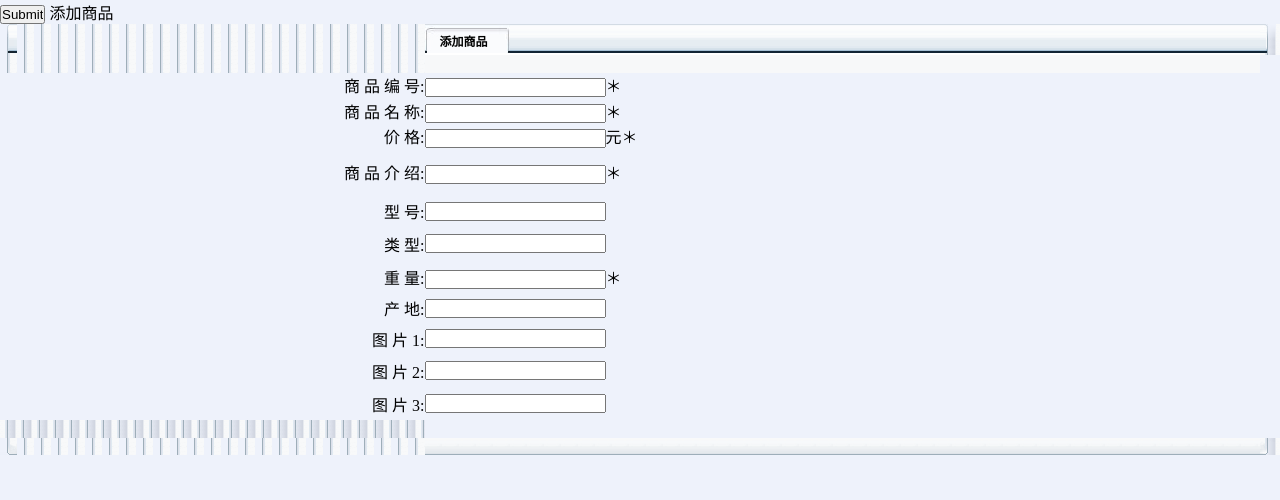
Repository: wzhcxw/shop
Page: ShopOnline/WebContent/admin/addsku.html
The author's editor kept a copy of each file at every save. The page is drawn from the files as they stood at one save, then again after the next save.
The browser window is 1280 px wide. The pictures show the whole page.

Above is the page before, as saved 2014-09-29 17:36:30.

After the next save:
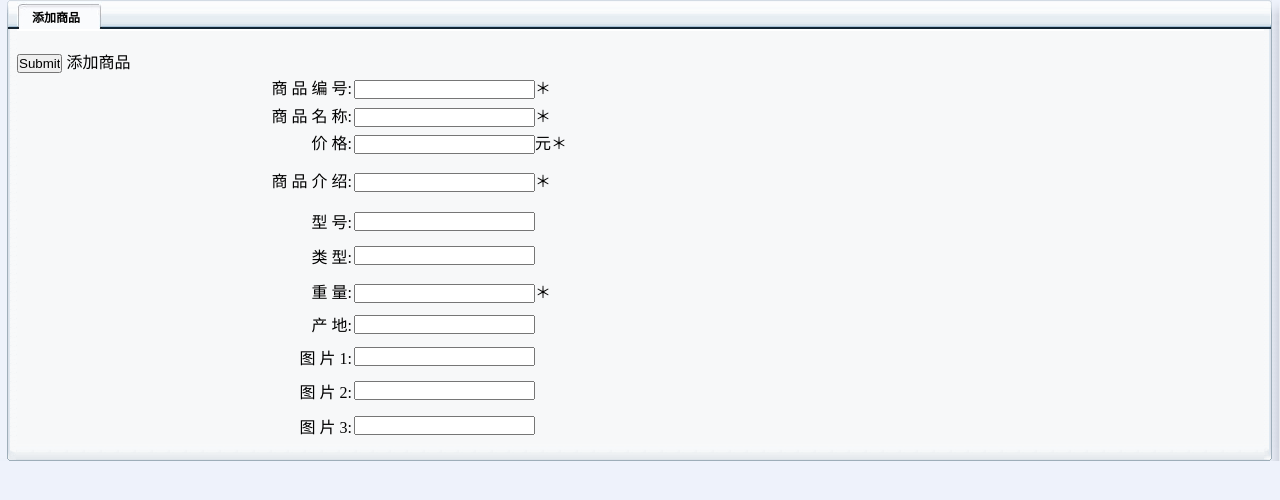
Saved 68 s later.
--- a/ShopOnline/WebContent/admin/addsku.html
+++ b/ShopOnline/WebContent/admin/addsku.html
@@ -90,10 +90,8 @@ tr{}
 
 <body  id= mainbody  >
  	<br>
- 	<tr>
- 	 	<form>
-
-        <tr >
+ 	<table>
+ 	        <tr >
         	<td  class="tal" width="333" height="22">商 品 编 号:</td>
            <td  class = "taa" width="655"><input id="shangpingid" width="100"></input>＊</td>
         </tr>
@@ -141,8 +139,8 @@ tr{}
 
 
     <input type=submit  onclick="postss()"> 添加商品</input>
-    </form>
- 	</tr>
+ 	</table>
+
 
 
 </body>
